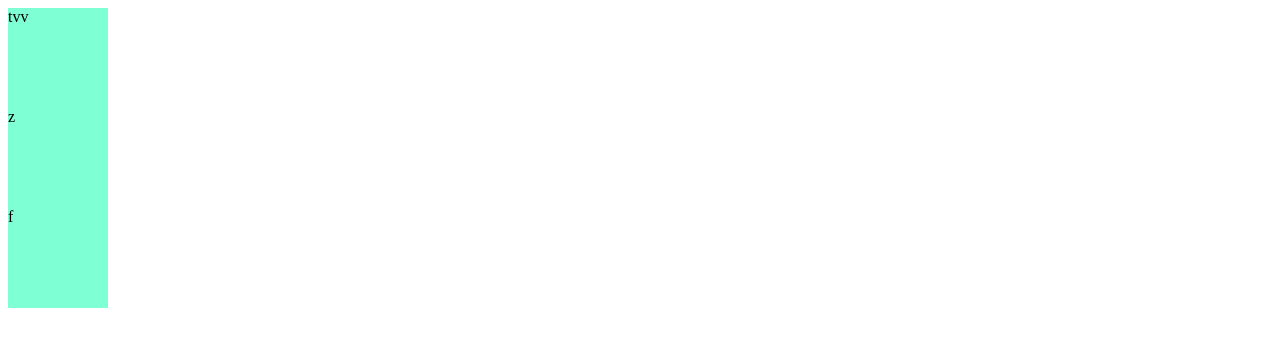
Repository: GitHub-dev666/muke-qunaer
Page: /
These files come from the project's save history. The page is drawn as it stood at one moment and after the next save; the edit follows.
The browser window is 1280 px wide. The pictures show the whole page.
The project was rebuilt for these pictures with package versions that can differ from the ones it lists, and the page was loaded fresh each time. Also part of the build but not shown: vue.config.js.

Above is the page before, as saved 2021-02-10 21:34:13.

### public/index.html
<!DOCTYPE html>
<html lang="">
  <head>
    <meta charset="utf-8">
    <meta http-equiv="X-UA-Compatible" content="IE=edge">
    <meta name="viewport" content="width=device-width,initial-scale=1.0,minimum-scale=1.0,maximum-scale=1.0,user-scalable=no">
    <link rel="icon" href="<%= BASE_URL %>favicon.ico">
    <title><%= htmlWebpackPlugin.options.title %></title>
  </head>
  <body>
    <noscript>
      <strong>We're sorry but <%= htmlWebpackPlugin.options.title %> doesn't work properly without JavaScript enabled. Please enable it to continue.</strong>
    </noscript>
    <div id="app"></div>
    <!-- built files will be auto injected -->
  </body>
</html>

### src/router/index.js
import Vue from 'vue'
import VueRouter from 'vue-router'
import Home from '../pages/Home.vue'

Vue.use(VueRouter)

const routes = [
  {
    path: '/',
    name: 'Home',
    component: Home
  }
]

const router = new VueRouter({
  routes
})

export default router

### src/pages/Home.vue
<template>
  <div class="home">
    <home-header></home-header>
  </div>
</template>
<script>
import HomeHeader from '../components/home/homeheader'
export default {
  components: {
    HomeHeader
  }
}
</script>

### src/components/home/homeheader.vue
<template>
    <div>
        <div>tvv</div>
        <div>z</div>
        <div>f</div>
    </div>
</template>
<script>
export default {}
</script>
<style lang="less" scoped>
div{
    width: 100px;
    height: 100px;
    background-color:aquamarine;
}
</style>

Loaded but not shown: src/main.js (common file); src/App.vue (common file); src/store/index.js (common file)

After the next save:
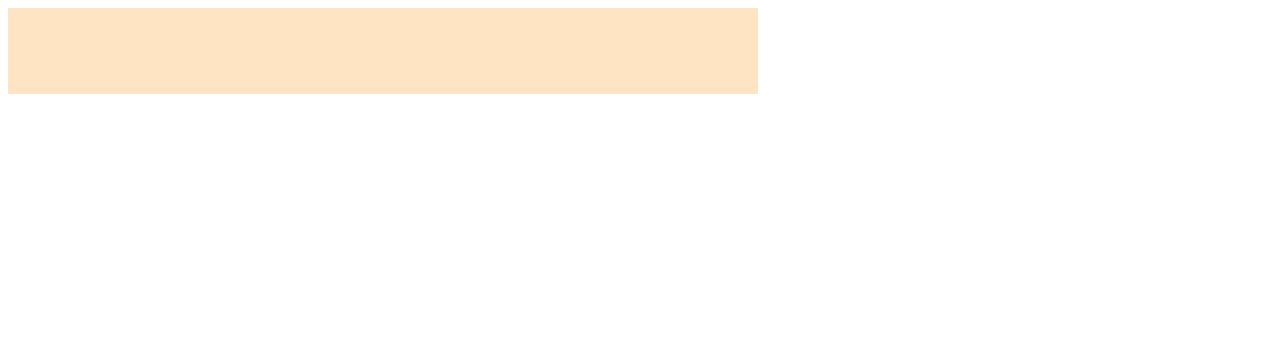
Saved 4 min 12 s later.
--- a/src/components/home/homeheader.vue
+++ b/src/components/home/homeheader.vue
@@ -1,17 +1,17 @@
 <template>
-    <div>
-        <div>tvv</div>
-        <div>z</div>
-        <div>f</div>
+    <div class="wrap">
+        <div class="left"></div>
+        <div class="mid"></div>
+        <div class="right"></div>
     </div>
 </template>
 <script>
 export default {}
 </script>
 <style lang="less" scoped>
-div{
-    width: 100px;
-    height: 100px;
-    background-color:aquamarine;
-}
+    .wrap{
+        width: 750px;
+        height: 86px;
+        background-color:bisque;
+    }
 </style>
